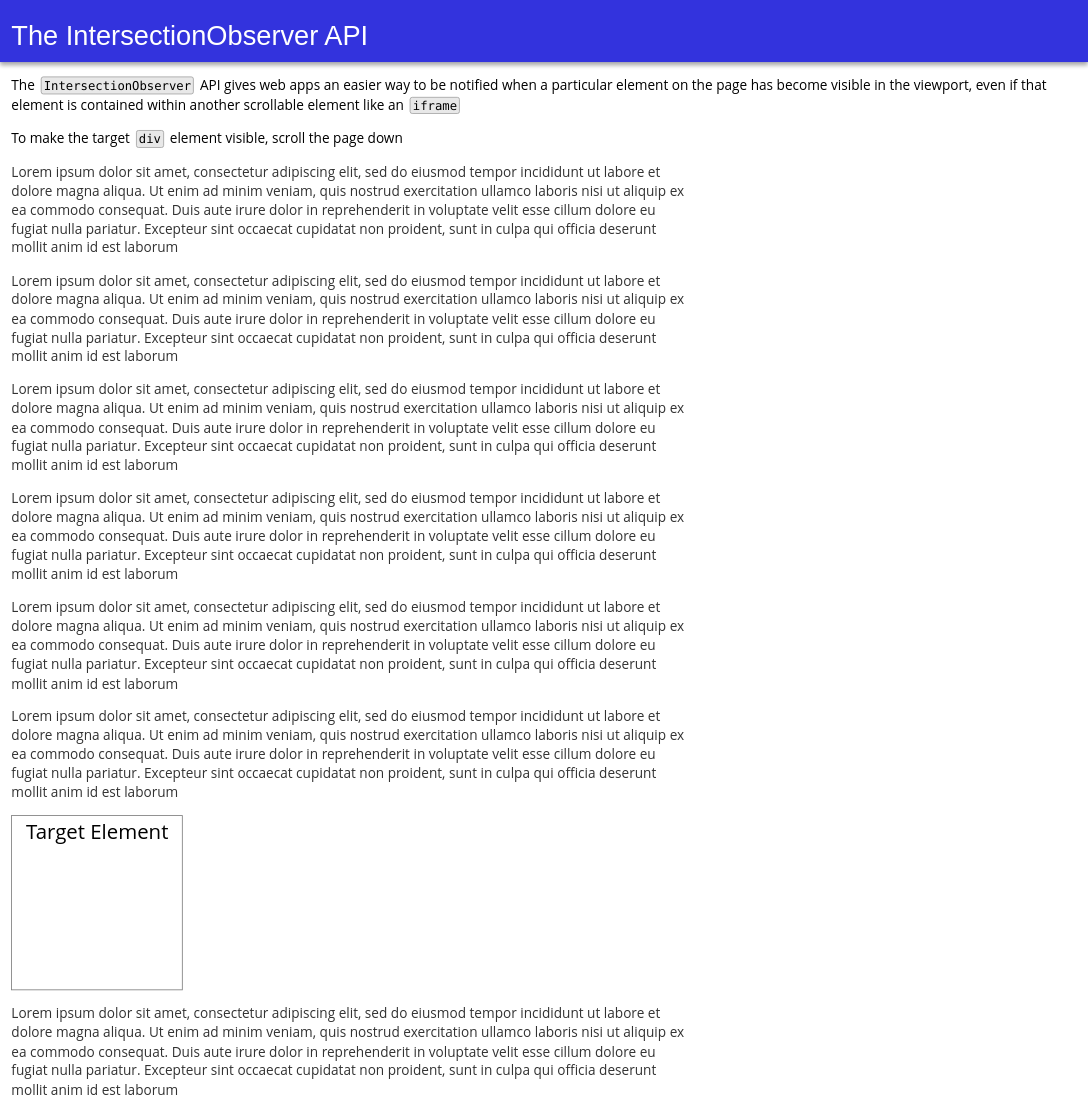
Repository: craig-o-curtis/browser-apis
Page: pages/intersection.html
These files come from the project's save history. The page is drawn as it stood at one moment and after the next save; the edit follows.
The browser window is 1280 px wide. The pictures show the whole page, at 85% of full size.

Above is the page before, as saved 2020-05-16 21:20:21.

### pages/intersection.html
<!doctype html>
<html>
    <head>
        <title>The IntersectionObserver API</title>
        <style type="text/css">
            p {
                line-height: 1.4em;
            }

            #targetElem {
                height: 200px;
                width: 200px;
                text-align: center;
                line-height: 1.2em;
                padding-top: 4px;
                border: 1px gray solid;
                font-size: 24px;
            }

            .background0 {
                background-color: rgba(0, 0, 255, 0)
            }

            .background50 {
                background-color: rgba(0, 0, 255, 0.5)
            }

            .background100 {
                background-color: rgba(0, 0, 255, 1.0)
            }

            p[class="lorem"] {
                color: rgb(50, 50, 50);
                max-width: 800px;
            }
        </style>
        <link rel="stylesheet" href="./style.css" />
    </head>

    <body>
        <h1>The IntersectionObserver API</h1>
        <div id="content">
            <p>The <code>IntersectionObserver</code> API gives web apps an easier way to be notified when a particular
                element on the page has become visible in the viewport, even if that element is contained within
                another scrollable element like an <code>iframe</code></p>
            <p>To make the target <code>div</code> element visible, scroll the page down</p>
            <p class="lorem">Lorem ipsum dolor sit amet, consectetur adipiscing elit, sed do eiusmod tempor incididunt
                ut labore et
                dolore magna aliqua. Ut enim ad minim veniam, quis nostrud exercitation ullamco laboris nisi ut aliquip
                ex ea commodo consequat. Duis aute irure dolor in reprehenderit in voluptate velit esse cillum dolore
                eu fugiat nulla pariatur. Excepteur sint occaecat cupidatat non proident, sunt in culpa qui officia
                deserunt mollit anim id est laborum</p>
            <p class="lorem">Lorem ipsum dolor sit amet, consectetur adipiscing elit, sed do eiusmod tempor incididunt
                ut labore et
                dolore magna aliqua. Ut enim ad minim veniam, quis nostrud exercitation ullamco laboris nisi ut aliquip
                ex ea commodo consequat. Duis aute irure dolor in reprehenderit in voluptate velit esse cillum dolore
                eu fugiat nulla pariatur. Excepteur sint occaecat cupidatat non proident, sunt in culpa qui officia
                deserunt mollit anim id est laborum</p>
            <p class="lorem">Lorem ipsum dolor sit amet, consectetur adipiscing elit, sed do eiusmod tempor incididunt
                ut labore et
                dolore magna aliqua. Ut enim ad minim veniam, quis nostrud exercitation ullamco laboris nisi ut aliquip
                ex ea commodo consequat. Duis aute irure dolor in reprehenderit in voluptate velit esse cillum dolore
                eu fugiat nulla pariatur. Excepteur sint occaecat cupidatat non proident, sunt in culpa qui officia
                deserunt mollit anim id est laborum</p>
            <p class="lorem">Lorem ipsum dolor sit amet, consectetur adipiscing elit, sed do eiusmod tempor incididunt
                ut labore et
                dolore magna aliqua. Ut enim ad minim veniam, quis nostrud exercitation ullamco laboris nisi ut aliquip
                ex ea commodo consequat. Duis aute irure dolor in reprehenderit in voluptate velit esse cillum dolore
                eu fugiat nulla pariatur. Excepteur sint occaecat cupidatat non proident, sunt in culpa qui officia
                deserunt mollit anim id est laborum</p>
            <p class="lorem">Lorem ipsum dolor sit amet, consectetur adipiscing elit, sed do eiusmod tempor incididunt
                ut labore et
                dolore magna aliqua. Ut enim ad minim veniam, quis nostrud exercitation ullamco laboris nisi ut aliquip
                ex ea commodo consequat. Duis aute irure dolor in reprehenderit in voluptate velit esse cillum dolore
                eu fugiat nulla pariatur. Excepteur sint occaecat cupidatat non proident, sunt in culpa qui officia
                deserunt mollit anim id est laborum</p>
            <p class="lorem">Lorem ipsum dolor sit amet, consectetur adipiscing elit, sed do eiusmod tempor incididunt
                ut labore et
                dolore magna aliqua. Ut enim ad minim veniam, quis nostrud exercitation ullamco laboris nisi ut aliquip
                ex ea commodo consequat. Duis aute irure dolor in reprehenderit in voluptate velit esse cillum dolore
                eu fugiat nulla pariatur. Excepteur sint occaecat cupidatat non proident, sunt in culpa qui officia
                deserunt mollit anim id est laborum</p>

            <!-- This is the element we want to watch for visibility -->
            <div id="targetElem">Target Element</div>

            <p class="lorem">Lorem ipsum dolor sit amet, consectetur adipiscing elit, sed do eiusmod tempor incididunt
                ut labore et
                dolore magna aliqua. Ut enim ad minim veniam, quis nostrud exercitation ullamco laboris nisi ut aliquip
                ex ea commodo consequat. Duis aute irure dolor in reprehenderit in voluptate velit esse cillum dolore
                eu fugiat nulla pariatur. Excepteur sint occaecat cupidatat non proident, sunt in culpa qui officia
                deserunt mollit anim id est laborum</p>
        </div>
        <script>
            window.addEventListener("load", function () {
                // arg1 cb invoked when any observed elements enters or leaves the viewport
                // arg2 (optional) options
                var observer = new IntersectionObserver(function(entries) {
                    if (entries[0].intersection < 0.5) {
                        entries[0].target.className = 'background0';
                    }
                    if (entries[0].intersection >= 0.5) {
                        entries[0].target.className = 'background50';
                    }
                    if (entries[0].intersection >= 1.0) {
                        entries[0].target.className = 'background100';
                    }
                }, {
                    threshold: [0, 0.5, 1.0] // trigger when these percentages are visible
                });
                observer.observe(document.getElementById('targetElem'))
            })


        </script>
    </body>
</html>

### pages/style.css
/*
** Styles used in the jQuery Essential Training course materials
*/
body {
    font-family: "Open Sans", sans-serif;
    font-size: 12pt;
    margin: 0;
    line-height: 1.2em;
}

body > h1 {
    background-color: #33d;
    color: white;
    font-family: Arial, Helvetica, sans-serif;
    font-weight: 100;
    margin:0;
    padding-left: 10pt;
    padding-right: 10pt;
    padding-top:25pt;
    padding-bottom: 15pt;
    box-shadow: 0px 5px 5px 0px rgba(171,171,171,1);
}

#content {
    margin: 10pt;
}

#example {
    border: 1px solid gray;
    background-color: #b3c8d0;
    font-size:14pt;
    padding-left: 10pt;
    padding-right: 10pt;
    min-height: 200px;
}

.box {
    border: 1px solid gray;
    background-color: #b3c8d0;
    font-size:14pt;
    padding-left: 10pt;
    padding-right: 10pt;
    min-height: 200px;
    width: 300px;
}

.box p {
    margin: 0 1pt 0 2pt
}

.smallbox {
    border: 1px solid gray;
    background-color: #b3c8d0;
    font-size:14pt;
    padding-left: 10pt;
    padding-right: 10pt;
    margin-bottom: 10pt;
    margin-right: 0;
    margin-left: 0;
    min-height: 150px;
    width: 200px;
}

.inline {
    display: inline-block;
}

code {
    background-color: #e8e8e8;
    border: 1px solid #a8a8a8;
    border-radius: 3px;
    padding: 1pt 2pt;
    margin: 2pt;
    font-family: "source-code-pro", Consolas, monospace;
    font-size: .9em;
}

li {
    line-height: 1.3em;
}

button {
    font-size: 14pt;
    margin: 8px;
}

#eventDetails {
    border: 1px solid #aaa;
    margin-top: 8pt;
    padding: 2pt;
}

.lineitem {
    width: 120px;
    display: inline-block
}


canvas {
    border: 2px solid gray;
    margin-left: 5pt;
    margin-right: 5pt;
}

After the next save:
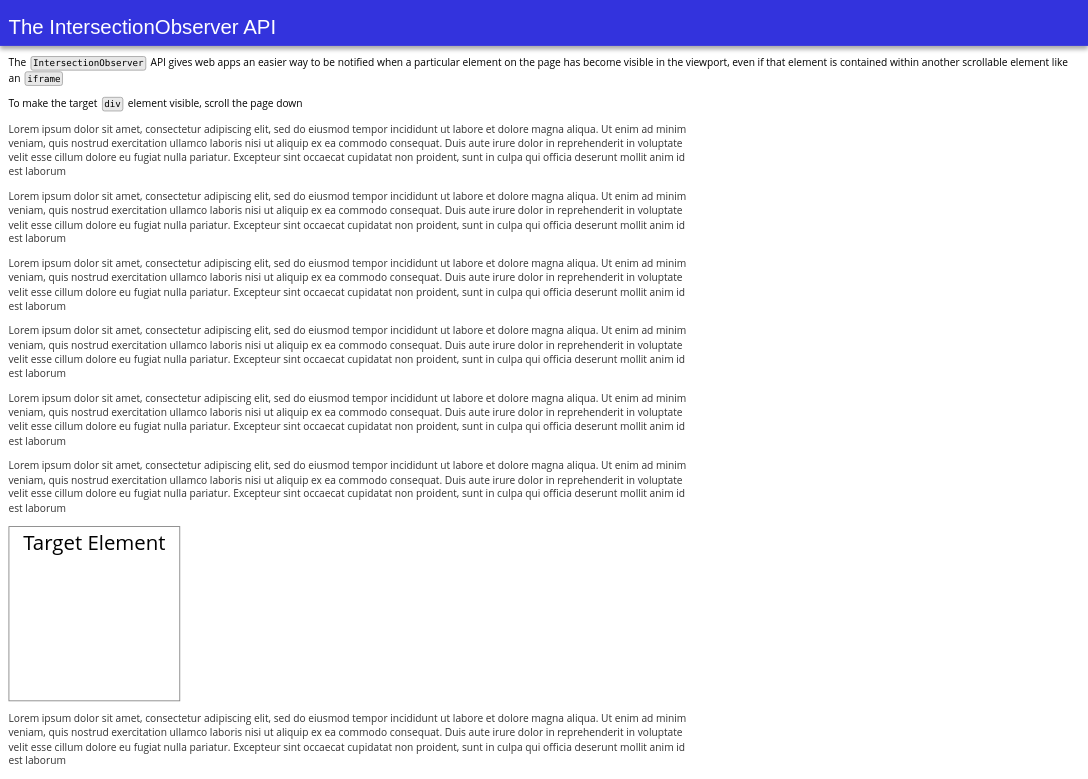
Saved 66 s later.
--- a/pages/style.css
+++ b/pages/style.css
@@ -3,7 +3,7 @@
 */
 body {
     font-family: "Open Sans", sans-serif;
-    font-size: 12pt;
+    font-size: 12px;
     margin: 0;
     line-height: 1.2em;
 }
@@ -14,47 +14,47 @@ body > h1 {
     font-family: Arial, Helvetica, sans-serif;
     font-weight: 100;
     margin:0;
-    padding-left: 10pt;
-    padding-right: 10pt;
-    padding-top:25pt;
-    padding-bottom: 15pt;
+    padding-left: 10px;
+    padding-right: 10px;
+    padding-top:25px;
+    padding-bottom: 15px;
     box-shadow: 0px 5px 5px 0px rgba(171,171,171,1);
 }
 
 #content {
-    margin: 10pt;
+    margin: 10px;
 }
 
 #example {
     border: 1px solid gray;
     background-color: #b3c8d0;
-    font-size:14pt;
-    padding-left: 10pt;
-    padding-right: 10pt;
+    font-size:14px;
+    padding-left: 10px;
+    padding-right: 10px;
     min-height: 200px;
 }
 
 .box {
     border: 1px solid gray;
     background-color: #b3c8d0;
-    font-size:14pt;
-    padding-left: 10pt;
-    padding-right: 10pt;
+    font-size:14px;
+    padding-left: 10px;
+    padding-right: 10px;
     min-height: 200px;
     width: 300px;
 }
 
 .box p {
-    margin: 0 1pt 0 2pt
+    margin: 0 1px 0 2px
 }
 
 .smallbox {
     border: 1px solid gray;
     background-color: #b3c8d0;
-    font-size:14pt;
-    padding-left: 10pt;
-    padding-right: 10pt;
-    margin-bottom: 10pt;
+    font-size:14px;
+    padding-left: 10px;
+    padding-right: 10px;
+    margin-bottom: 10px;
     margin-right: 0;
     margin-left: 0;
     min-height: 150px;
@@ -69,8 +69,8 @@ code {
     background-color: #e8e8e8;
     border: 1px solid #a8a8a8;
     border-radius: 3px;
-    padding: 1pt 2pt;
-    margin: 2pt;
+    padding: 1px 2px;
+    margin: 2px;
     font-family: "source-code-pro", Consolas, monospace;
     font-size: .9em;
 }
@@ -80,14 +80,14 @@ li {
 }
 
 button {
-    font-size: 14pt;
+    font-size: 14px;
     margin: 8px;
 }
 
 #eventDetails {
     border: 1px solid #aaa;
-    margin-top: 8pt;
-    padding: 2pt;
+    margin-top: 8px;
+    padding: 2px;
 }
 
 .lineitem {
@@ -98,6 +98,6 @@ button {
 
 canvas {
     border: 2px solid gray;
-    margin-left: 5pt;
-    margin-right: 5pt;
+    margin-left: 5px;
+    margin-right: 5px;
 }
